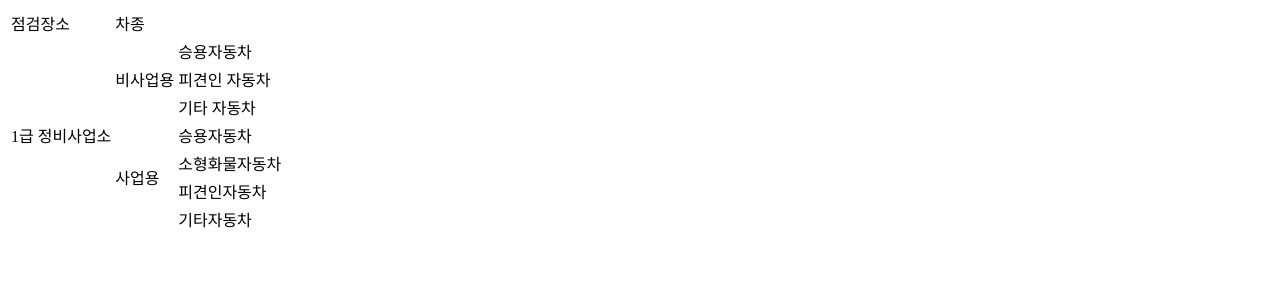
Repository: sungeunbyeol/Nowon-ezen-jsp
Page: test/WebContent/test09.html
These files come from the project's save history. The page is drawn as it stood at one moment and after the next save; the edit follows.
The browser window is 1280 px wide. The pictures show the whole page.

Above is the page before, as saved 2021-11-02 03:31:52.

### test/WebContent/test09.html
<!DOCTYPE html>
<html>
<head>
<meta charset="EUC-KR">
<title>자동차 정기점검</title>
</head>
<body>
	<table>
		<tr>
			<td>점검장소</td>
			<td>차종</td>
		</tr>
		<tr>
			<td rowspan="7">1급 정비사업소</td>
			<td rowspan="3">비사업용</td>
			<td>승용자동차</td>
		</tr>
		<tr>
			<td>피견인 자동차</td>
		</tr>
		<tr>
			<td>기타 자동차</td>
		</tr>
		<tr>
			<td rowspan="4">사업용</td>
			<td>승용자동차</td>
		</tr>
		<tr>
			<td>소형화물자동차</td>
		</tr>
		<tr>
			<td>피견인자동차</td>
		</tr>
		<tr>
			<td>기타자동차</td>
		</tr>

	</table>
</body>
</html>

After the next save:
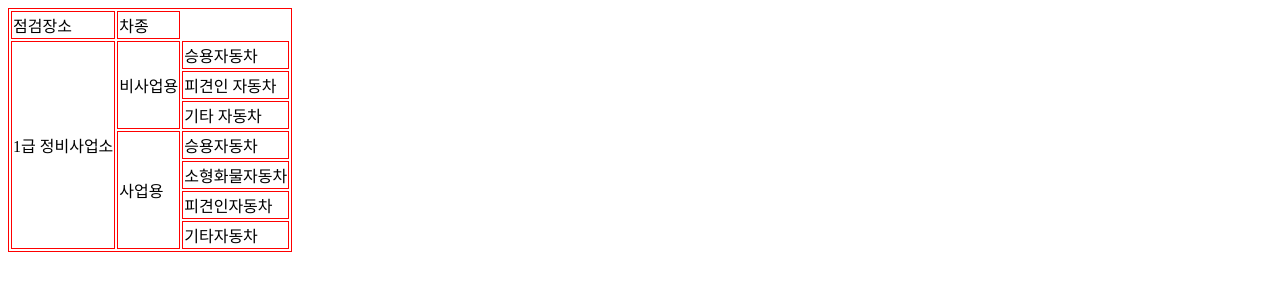
Saved 25 s later.
--- a/test/WebContent/test09.html
+++ b/test/WebContent/test09.html
@@ -5,7 +5,7 @@
 <title>자동차 정기점검</title>
 </head>
 <body>
-	<table>
+	<table border="1" bordercolor="red">
 		<tr>
 			<td>점검장소</td>
 			<td>차종</td>
